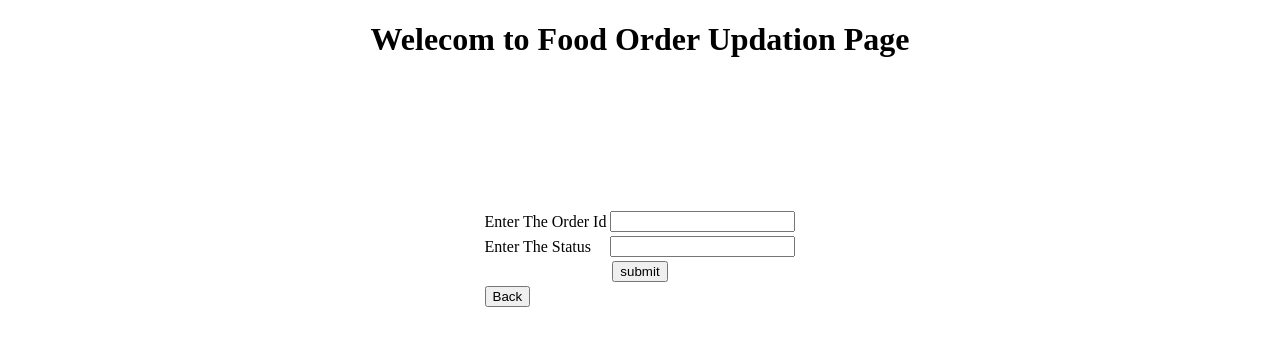
Repository: Jeevith-U/Advance-Java
Page: http://localhost/Food_App/updatefoodorder.jsp
An editor plug-in stored every save of this project. The page is shown before and after the next save, followed by the edit.
The browser window is 1280 px wide. The pictures show the whole page.
The page is served by Tomcat 9.

Above is the page before, as saved 2023-08-23 16:13:31.

After the next save:
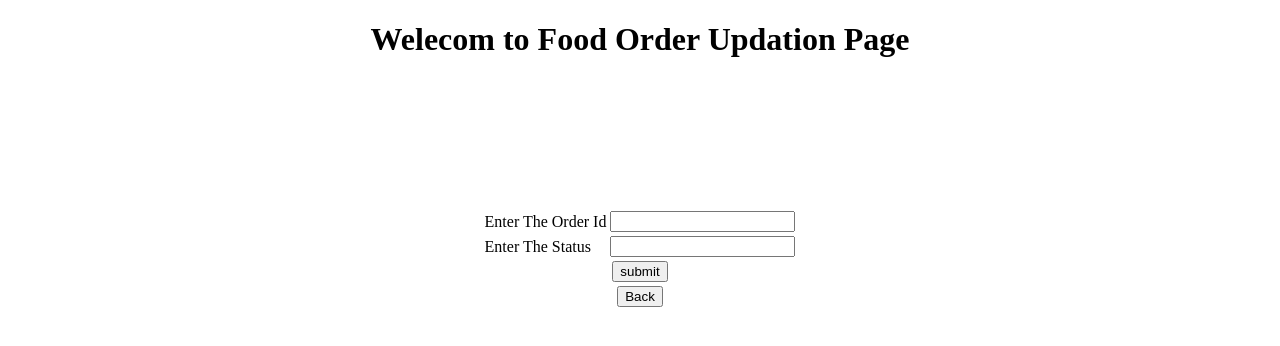
Saved 19 s later.
--- a/Projects/Food_App/src/main/webapp/updatefoodorder.jsp
+++ b/Projects/Food_App/src/main/webapp/updatefoodorder.jsp
@@ -31,7 +31,7 @@
             </tr>
             <tr><td colspan="2px" align="center"><input type="submit" value="submit"></td>
             </tr>
-             <td><a href="staff.jsp"><button>Back</button></a></td>
+             <td colspan="2px" align="center"><a href="staff.jsp"><button>Back</button></a></td>
         </table>
     </form>
 </body>
